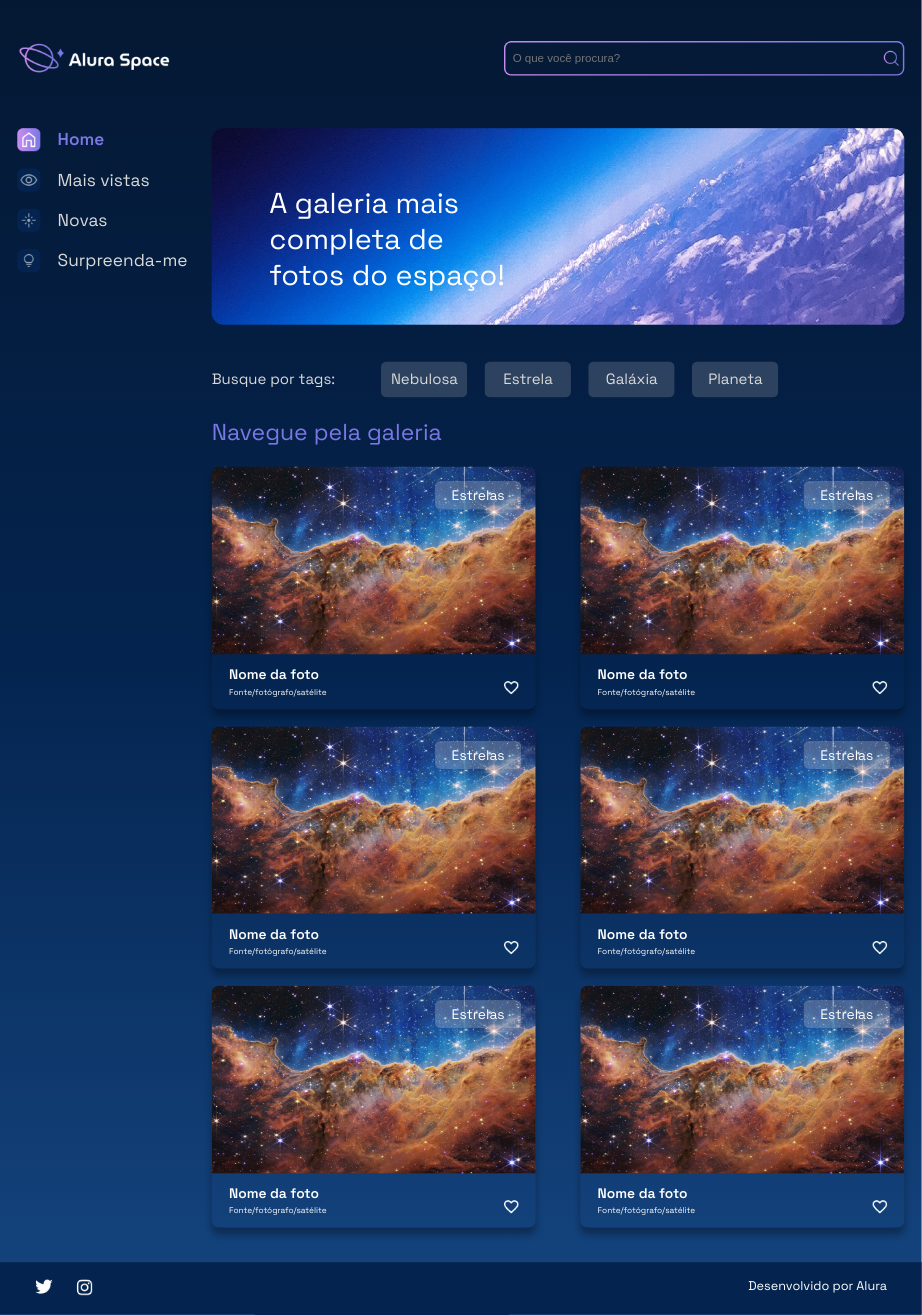
Repository: maxwelllbarboza/app_web
Page: templates/galeria/index.html
An editor plug-in stored every save of this project. The page is shown before and after the next save, followed by the edit.
The browser window is 1280 px wide. The pictures show the whole page, at 72% of full size.
The template is drawn by Django 4.2. The application's start-up code is not run. The template is opened directly, without the code that normally fills it, so the values that code supplies are empty.

Above is the page before, as saved 2023-10-18 13:18:42.

After the next save:
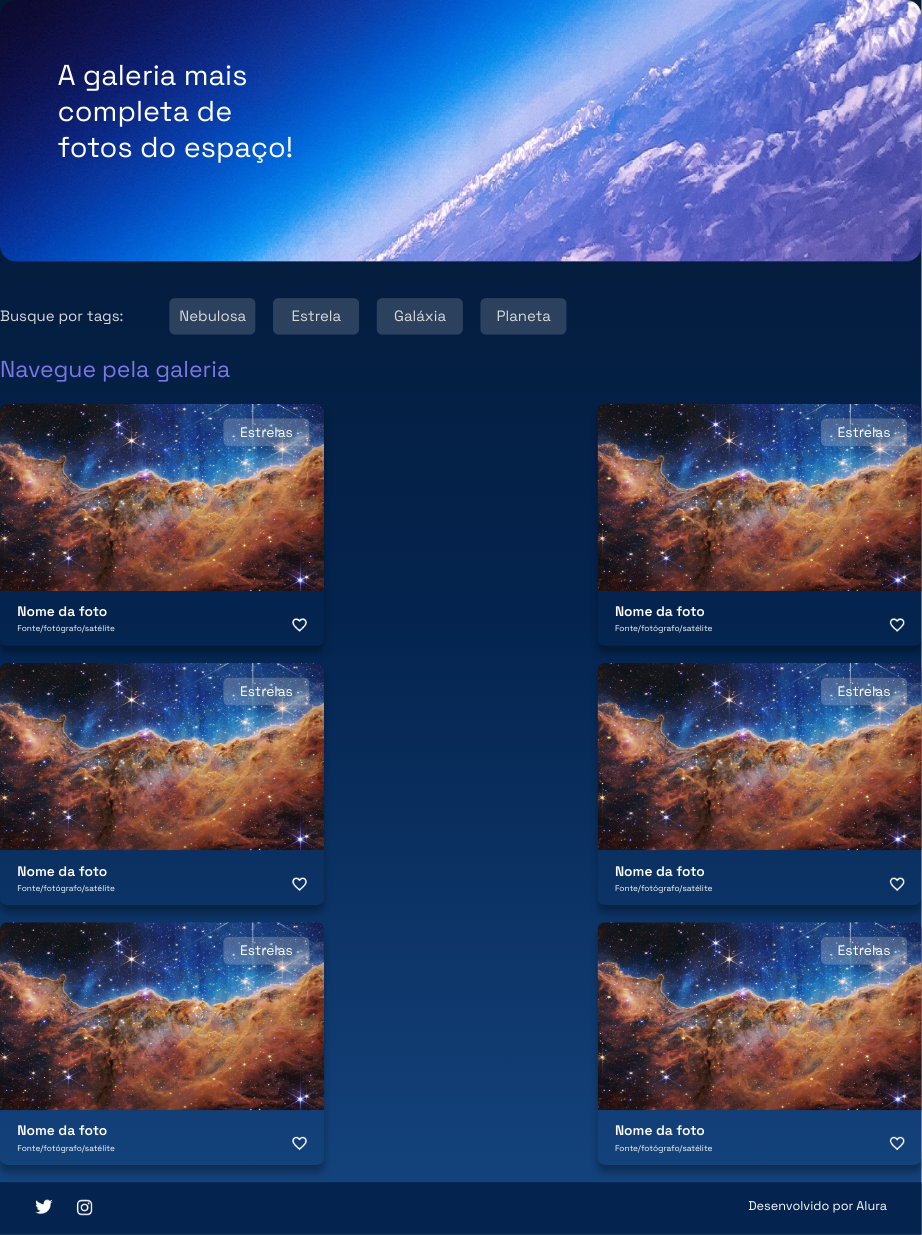
Saved 4 min 12 s later.
--- a/templates/galeria/index.html
+++ b/templates/galeria/index.html
@@ -1,25 +1,7 @@
 {%  extends 'galeria/base.html' %}
 {% load static %}
 {% block content %}
-    <div class="pagina-inicial">
-        <header class="cabecalho">
-            <img src="{% static '/assets/logo/Logo(2).png'%}" alt="Logo da Alura Space" />
-            <div class="cabecalho__busca">
-                <div class="busca__fundo">
-                    <input class="busca__input" type="text" placeholder="O que você procura?">
-                    <img class="busca__icone" src="{% static '/assets/ícones/1x/search.png'%}" alt="ícone de search">
-                </div>
-            </div>
-        </header>
-        <main class="principal">
-            <section class="menu-lateral">
-                <nav class="menu-lateral__navegacao">
-                    <a href="{% url 'index'%}"><img src="{% static '/assets/ícones/1x/Home - ativo.png'%}"> Home</a>
-                    <a href="#"><img src="{% static '/assets/ícones/1x/Mais vistas - inativo.png'%}"> Mais vistas</a>
-                    <a href="#"><img src="{% static '/assets/ícones/1x/Novas - inativo.png'%}"> Novas</a>
-                    <a href="#"><img src="{% static '/assets/ícones/1x/Surpreenda-me - inativo.png'%}"> Surpreenda-me</a>
-                </nav>
-            </section>
+
             <section class="conteudo">
                 <section class="banner">
                     <img class="banner__imagem" src="{% static '/assets/imagens/Banner(2).png'%}" alt="banner Alura Space">
